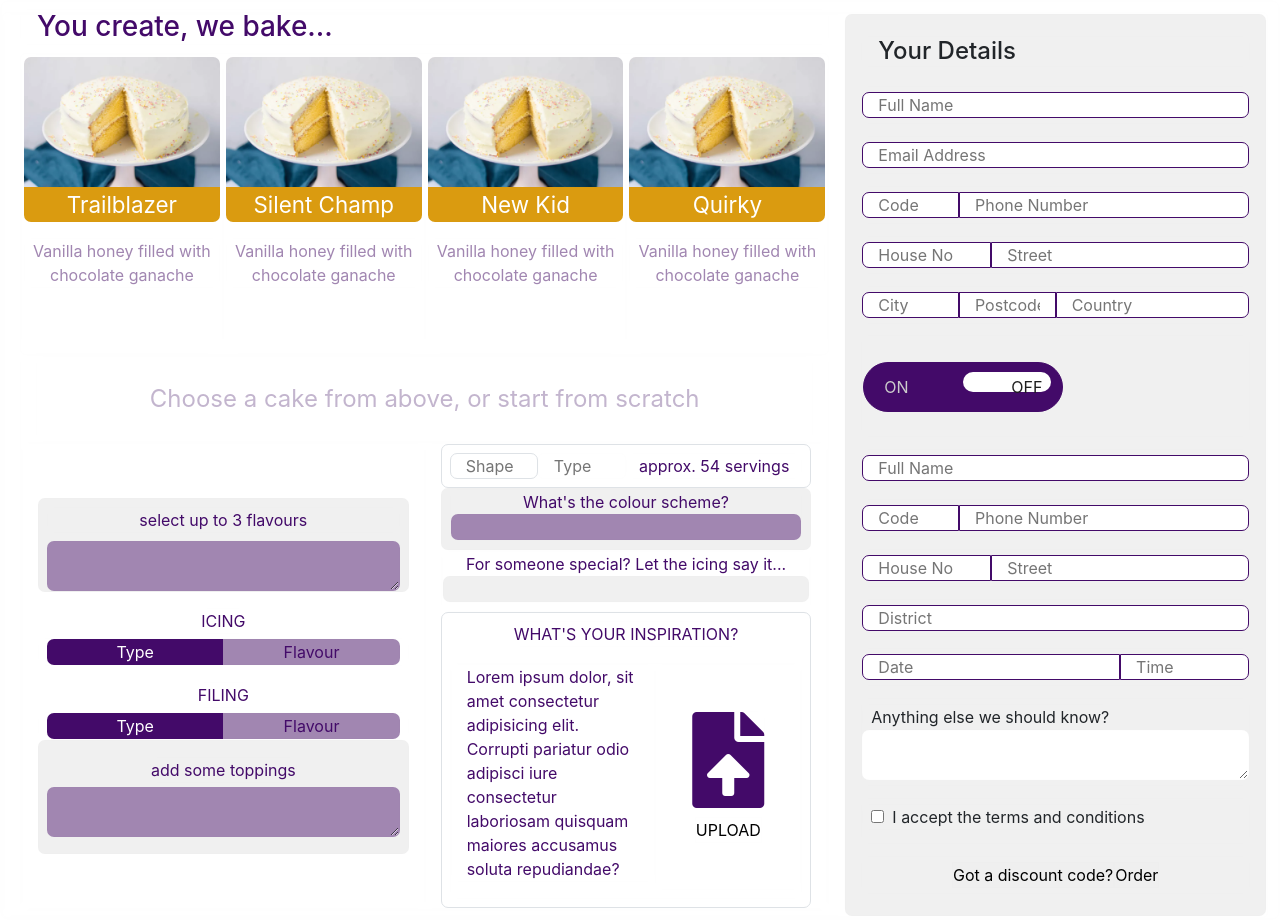
Repository: I-Alpha/BakeryOrderForm
Page: Order-Page.html
These files come from the project's save history. The page is drawn as it stood at one moment and after the next save; the edit follows.
The browser window is 1280 px wide. The pictures show the whole page.

Above is the page before, as saved 2020-12-29 04:58:30.

After the next save:
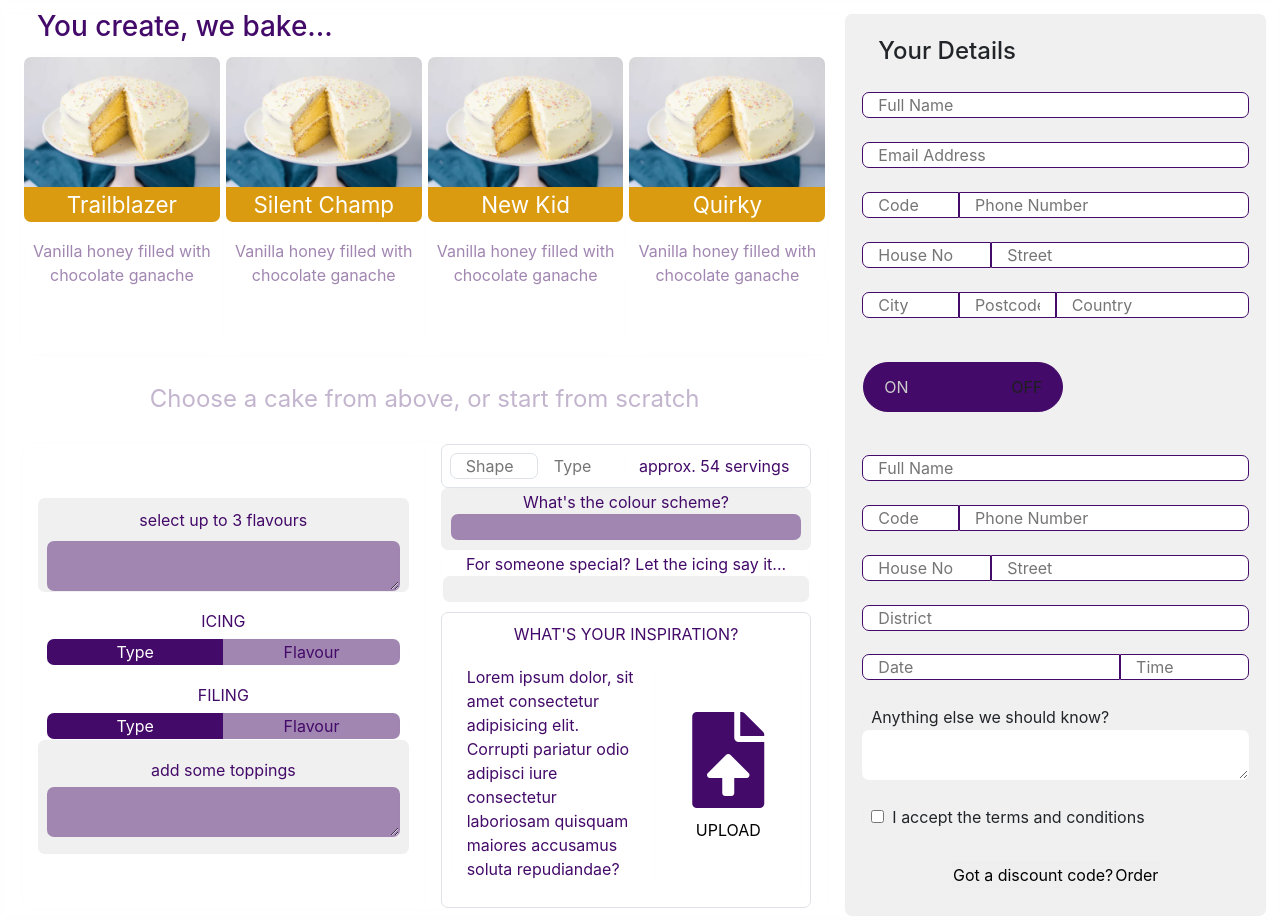
Saved 35 s later.
--- a/Order-Page.html
+++ b/Order-Page.html
@@ -129,7 +129,7 @@
         body span.switcher.switcher-1 input:not(:checked)+label {
             left: 100px;
             right: 10px;
-            background: #FFFFFF;
+            background:  var(--primary-colour);
             transition: left 0.4s 0.2s, right 0.5s, background 0.35s -0.1s;
         }
 

After the save that followed:
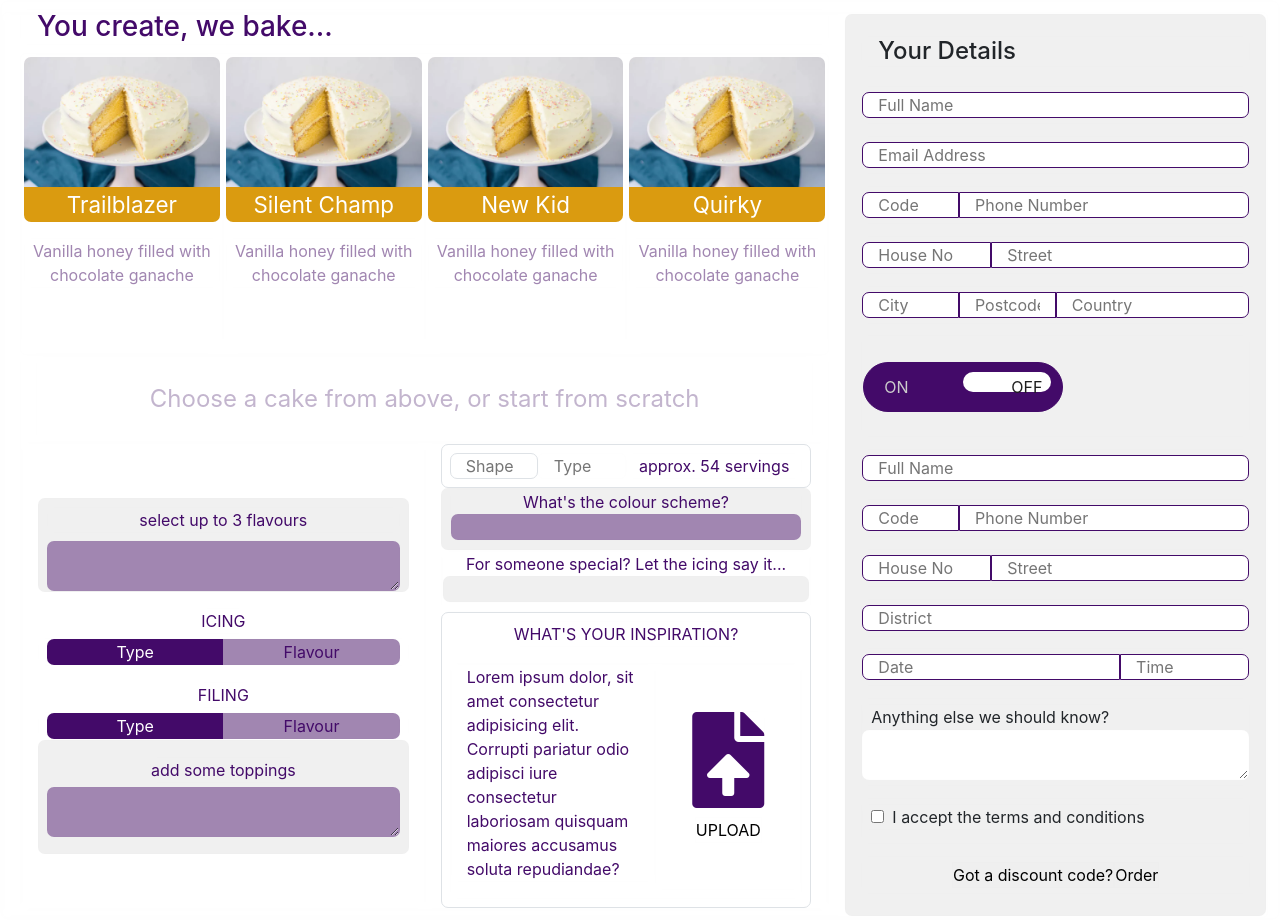
Saved 6 s later.
--- a/Order-Page.html
+++ b/Order-Page.html
@@ -129,7 +129,7 @@
         body span.switcher.switcher-1 input:not(:checked)+label {
             left: 100px;
             right: 10px;
-            background:  var(--primary-colour);
+            background: #FFFFFF;
             transition: left 0.4s 0.2s, right 0.5s, background 0.35s -0.1s;
         }
 
